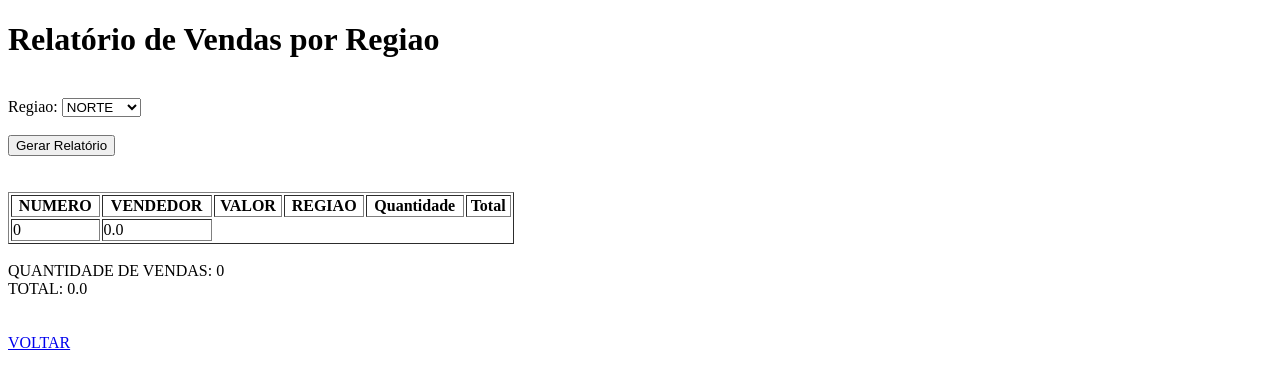
Repository: gabriellacrystina/workspaceWeb
Page: http://localhost/PrjVendas/RelatorioVendasRegiao.jsp
An editor plug-in stored every save of this project. The page is shown before and after the next save, followed by the edit.
The browser window is 1280 px wide. The pictures show the whole page.
The page is served by Tomcat 9.

Above is the page before, as saved 2015-09-23 19:31:07.

After the next save:
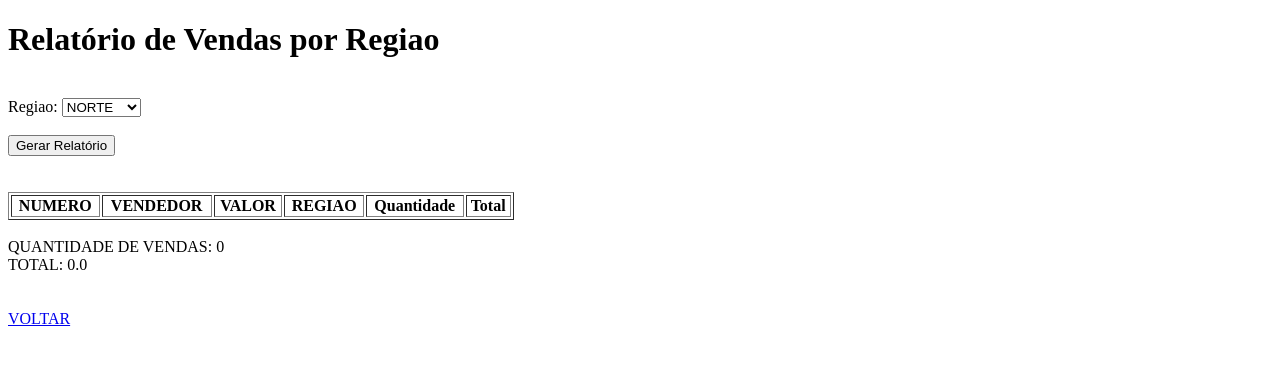
Saved 41 s later.
--- a/PrjVendas/WebContent/RelatorioVendasRegiao.jsp
+++ b/PrjVendas/WebContent/RelatorioVendasRegiao.jsp
@@ -55,16 +55,12 @@
 							<% qtde++;
 							   total += vendas.getValorVenda();
 							%>
-
+						</tr>
 					<%
 					}
 				}
 			%>
-		<td><%=qtde%></td>
-		<td><%=total%></td>
-		</tr>
 		</table><br>
-
 		<div>
 			QUANTIDADE DE VENDAS: <%=qtde%><br>
 			TOTAL: <%=total%>
